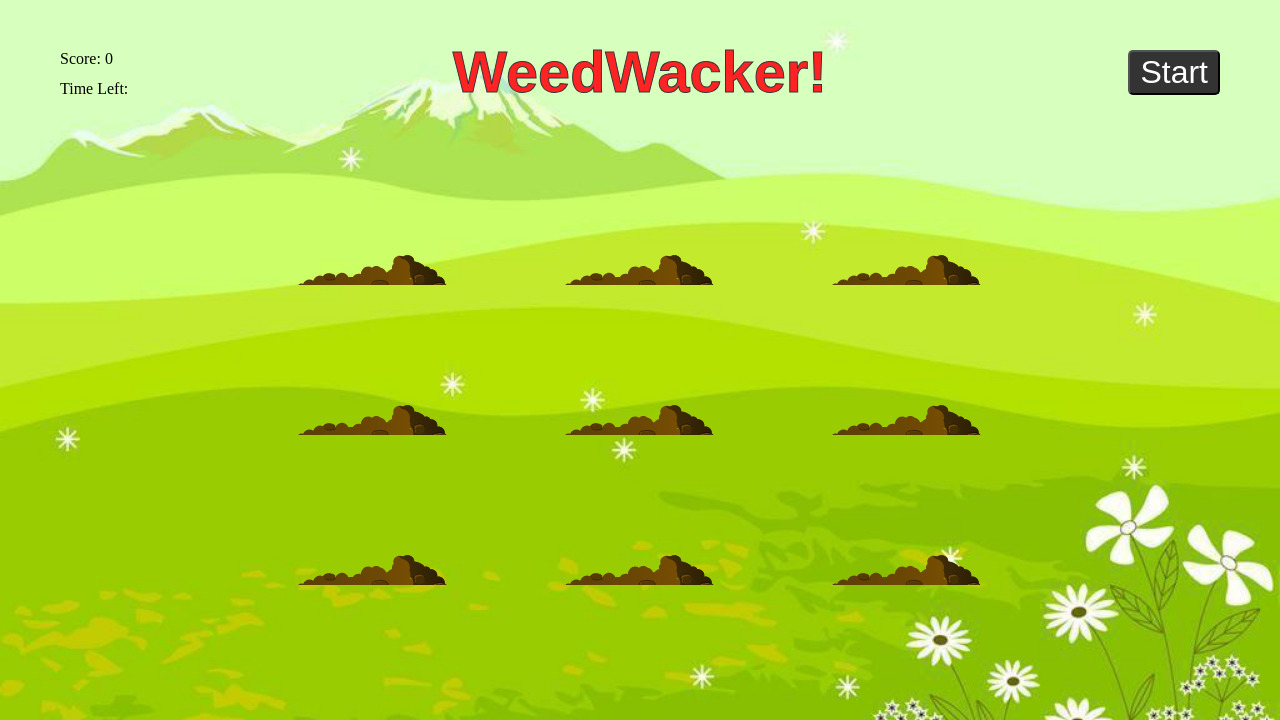
Repository: AustinW24/weedwacker
Page: index.html
These files come from the project's save history. The page is drawn as it stood at one moment and after the next save; the edit follows.
The browser window is 1280 px wide. The pictures show the whole page.
Some web fonts or font styles are not loaded; a fallback is used.

Above is the page before, as saved 2022-02-11 09:33:15.

After the next save:
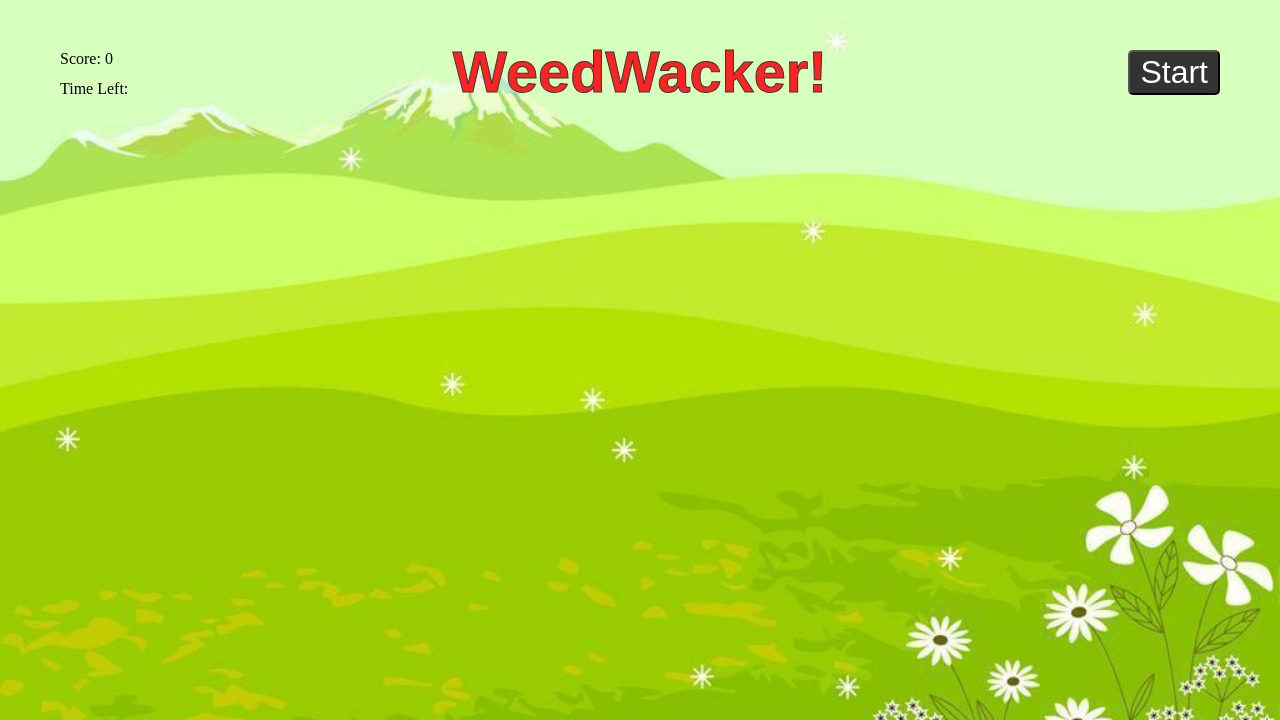
Saved 6 s later.
--- a/style.css
+++ b/style.css
@@ -39,9 +39,7 @@ body {
     content: '';
     position: absolute;
     width: 100%;
-    height: 60px;
-    z-index: 2;
-    bottom: -30px;
+
 }
 
 .game {
